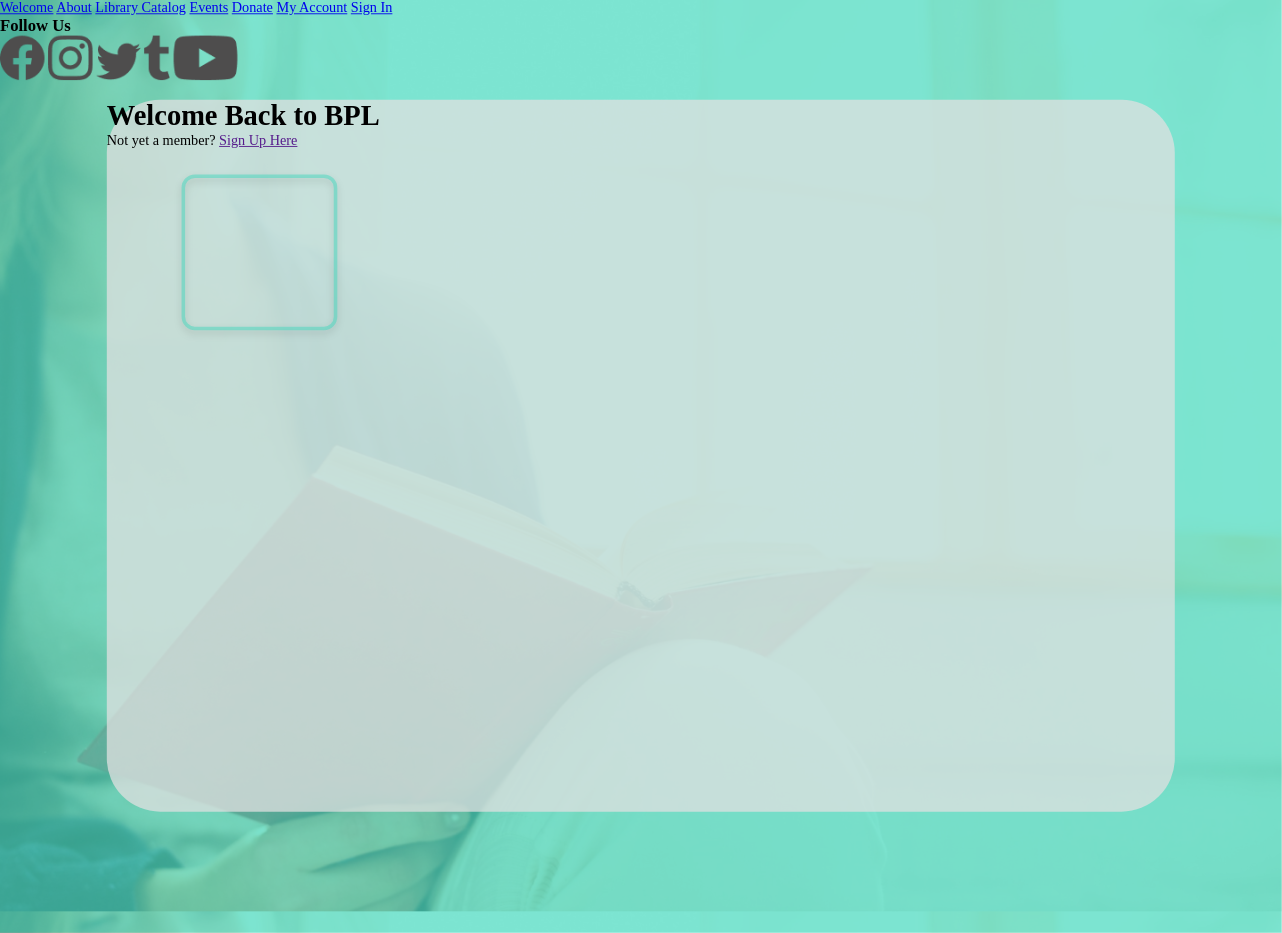
Repository: cokoduwa/RA-Wk5-Library
Page: signin.html
The author's editor kept a copy of each file at every save. The page is drawn from the files as they stood at one save, then again after the next save.
The browser window is 1280 px wide. The page is 1440 px wide, so the pictures cover 1440 px, including what lies to the right of the window. The pictures show the whole page, at 89% of full size.

Above is the page before, as saved 2023-01-20 23:26:26.

After the next save:
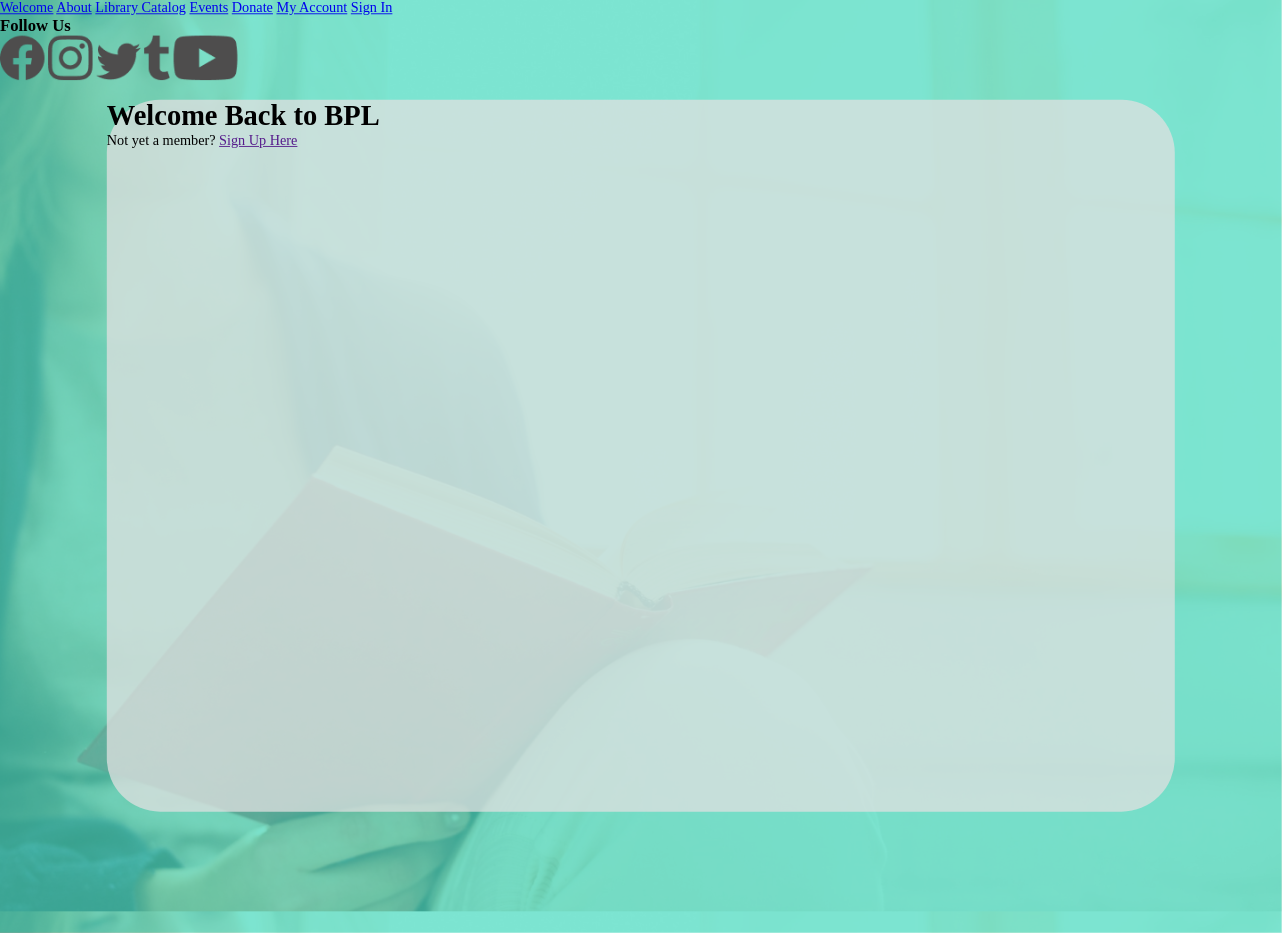
Saved 19 s later.
--- a/signin.css
+++ b/signin.css
@@ -38,7 +38,7 @@
 
 }
 
-.logo{
+#logo{
     box-sizing: border-box;
     position: absolute;
     width: 175px;
